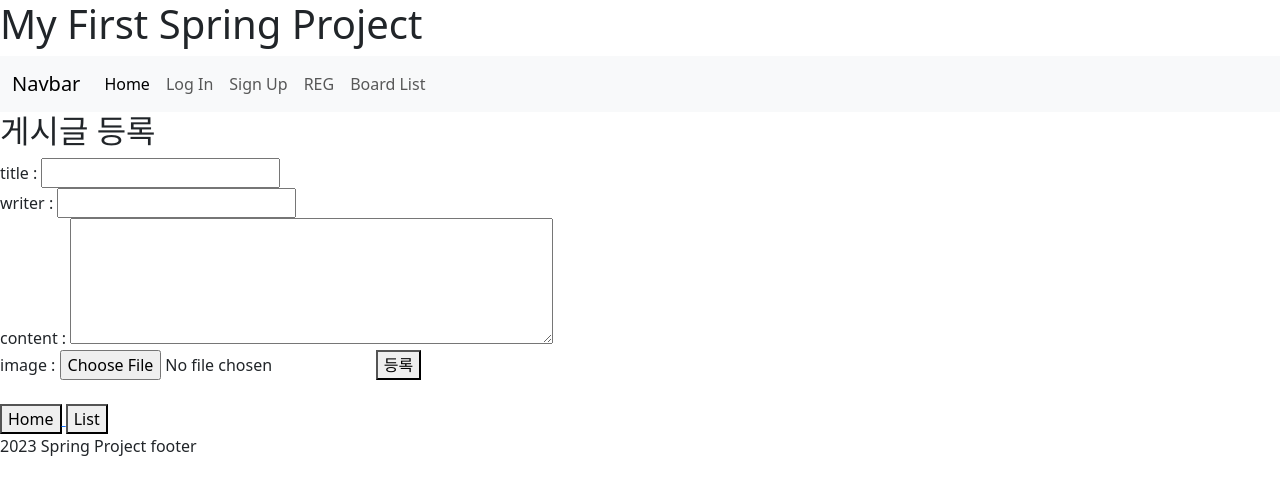
Repository: halsooitda/spring-xml
Page: http://localhost/spring-Test/WEB-INF/views/board/register.jsp
These files come from the project's save history. The page is drawn as it stood at one moment and after the next save; the edit follows.
The browser window is 1280 px wide. The pictures show the whole page.
The page is served by Tomcat 9. Nobody is signed in. The template is opened directly, without the code that normally fills it, so the values that code supplies are empty.

Above is the page before, as saved 2023-10-12 07:51:45.

After the next save:
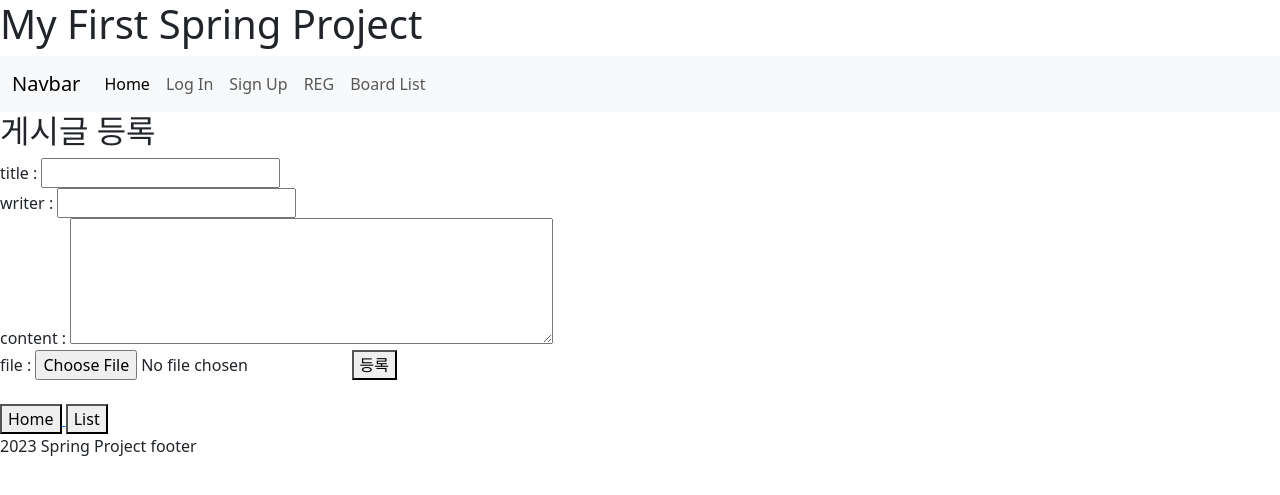
Saved 10 s later.
--- a/spring-Test/src/main/webapp/WEB-INF/views/board/register.jsp
+++ b/spring-Test/src/main/webapp/WEB-INF/views/board/register.jsp
@@ -15,7 +15,7 @@
 	title : <input type="text" name="title"> <br>
 	writer : <input type="text" name="writer" value="${ses.id }" readonly="readonly"> <br>
 	content : <textarea rows="5" cols="50" name="content"></textarea> <br>
-	image : <input type="file">
+	file : <input type="file" >
 	<button type="submit">등록</button>
 </form>
 <br>
